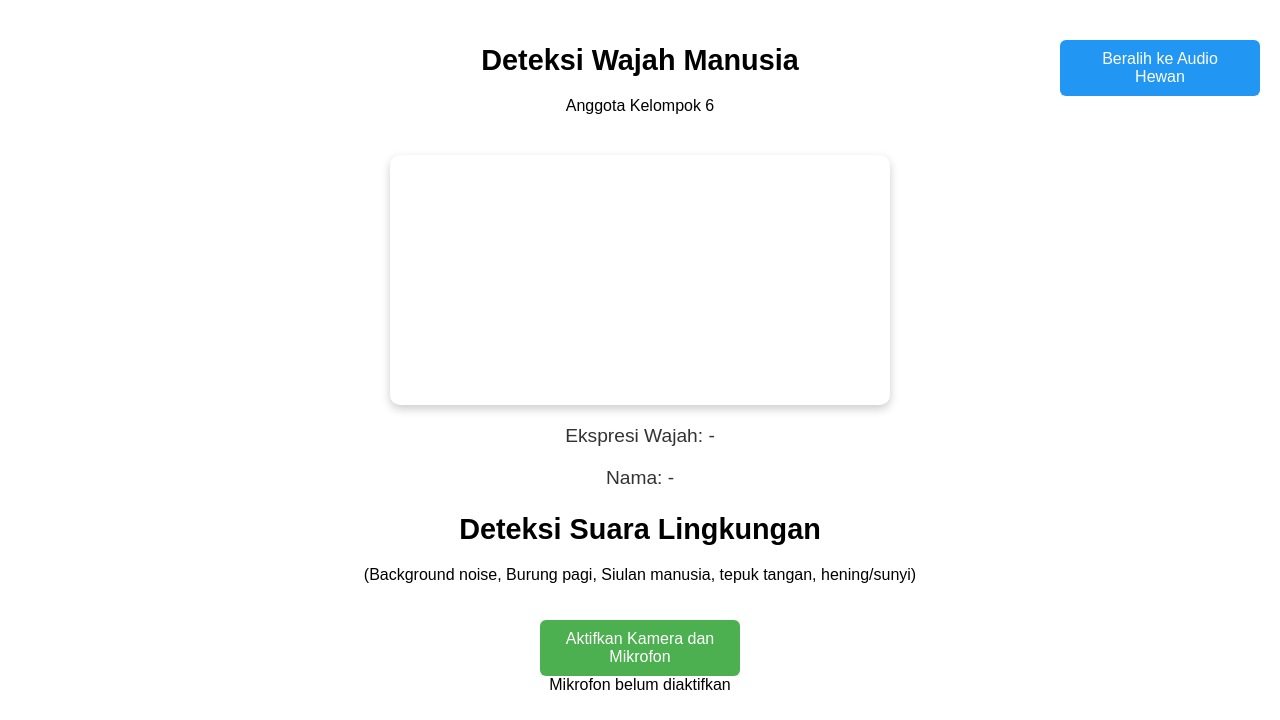
Repository: RalfyBawinto/working-teachable-machine
Page: index.html
The author's editor kept a copy of each file at every save. The page is drawn from the files as they stood at one save, then again after the next save.
The browser window is 1280 px wide. The pictures show the whole page.

Above is the page before, as saved 2025-04-22 21:32:06.

### index.html
<!DOCTYPE html>
<html lang="id">
  <head>
    <meta charset="UTF-8" />
    <meta name="viewport" content="width=device-width, initial-scale=1.0" />
    <title>Deteksi Wajah dan Suara</title>
    <link rel="stylesheet" href="styles.css" />
  </head>

  <body>
    <h2>Deteksi Wajah Manusia</h2>
    <p>Anggota Kelompok 6</p>

    <div id="video-container">
      <video id="video" autoplay muted playsinline></video>
      <canvas
        id="canvas"
        width="400"
        height="300"
        style="display: none"
      ></canvas>
      <div class="output" id="face-output">Ekspresi Wajah: -</div>
      <div class="output" id="name-output">Nama: -</div>
    </div>

    <h2>Deteksi Suara Lingkungan</h2>
    <p>
      (Background noise, Burung pagi, Siulan manusia, tepuk tangan,
      hening/sunyi)
    </p>

    <button id="toggle-button" onclick="toggleDeteksi()">
      Aktifkan Kamera dan Mikrofon
    </button>
    <div id="status">Mikrofon belum diaktifkan</div>
    <div id="label-container"></div>

    <button
      id="switch-button"
      onclick="window.location.href='audio-hewan.html'"
    >
      Beralih ke Audio Hewan
    </button>

    <!-- TensorFlow.js & Teachable Machine -->
    <script src="https://cdn.jsdelivr.net/npm/@tensorflow/tfjs@3.21.0/dist/tf.min.js"></script>
    <script src="https://cdn.jsdelivr.net/npm/@teachablemachine/image@0.8/dist/teachablemachine-image.min.js"></script>
    <script src="https://cdn.jsdelivr.net/npm/@tensorflow-models/speech-commands@0.4.0/dist/speech-commands.min.js"></script>

    <script type="text/javascript">
      const faceModelURL =
        "https://teachablemachine.withgoogle.com/models/oTtv--EQC/";
      const nameModelURL =
        "https://teachablemachine.withgoogle.com/models/1E0LcWWmy/";
      const URL = "https://teachablemachine.withgoogle.com/models/r1dg1ZGh5/";

      let faceModel, nameModel, recognizer;
      let video, canvas, ctx;

      let lastVoiceLabel = "";
      let lastVoiceScore = 0;
      let lastVoiceUpdateTime = 0;
      let isDeteksiAktif = false;
      let videoStreamTrack = null;
      let audioStreamTrack = null;

      async function createModel() {
        const checkpointURL = URL + "model.json";
        const metadataURL = URL + "metadata.json";
        recognizer = speechCommands.create(
          "BROWSER_FFT",
          undefined,
          checkpointURL,
          metadataURL
        );
        await recognizer.ensureModelLoaded();
      }

      async function startFaceDetection() {
        video = document.getElementById("video");
        canvas = document.getElementById("canvas");
        ctx = canvas.getContext("2d");

        try {
          faceModel = await tmImage.load(
            faceModelURL + "model.json",
            faceModelURL + "metadata.json"
          );
          nameModel = await tmImage.load(
            nameModelURL + "model.json",
            nameModelURL + "metadata.json"
          );

          const stream = await navigator.mediaDevices.getUserMedia({
            video: { facingMode: "user" },
            audio: false,
          });

          video.srcObject = stream;
          videoStreamTrack = stream.getVideoTracks()[0];

          video.onloadedmetadata = () => {
            video.play();
            loop(); // Mulai loop deteksi wajah
          };
        } catch (err) {
          console.error("Error:", err);
          alert("Gagal mengakses kamera.");
        }
      }

      async function loop() {
        ctx.drawImage(video, 0, 0, canvas.width, canvas.height);
        await predictFace();
        setTimeout(() => {
          requestAnimationFrame(loop);
        }, 800); // Delay 800ms antar prediksi
      }

      async function predictFace() {
        const prediction = await faceModel.predict(canvas);
        const highest1 = prediction.reduce(
          (max, p) => (p.probability > max.probability ? p : max),
          { probability: 0 }
        );
        document.getElementById("face-output").innerText = `Ekspresi Wajah: ${
          highest1.className
        } (${(highest1.probability * 100).toFixed(1)}%)`;

        const prediction3 = await nameModel.predict(canvas);
        const highest3 = prediction3.reduce(
          (max, p) => (p.probability > max.probability ? p : max),
          { probability: 0 }
        );

        const anggotaKelompok6 = [
          "Risky Imbat",
          "Felygio Tumiwa",
          "Jeremy Pongdatu",
          "Ralfy Bawinto",
          "Muhammad Luhung",
        ];
        const threshold = 0.8;

        if (
          highest3.probability >= threshold &&
          anggotaKelompok6.includes(highest3.className)
        ) {
          document.getElementById("name-output").innerText = `Nama: ${
            highest3.className
          } (${(highest3.probability * 100).toFixed(1)}%)`;
        } else {
          document.getElementById("name-output").innerText =
            "Nama: Bukan anggota kelompok 6";
        }
      }

      async function aktifkanDeteksi() {
        try {
          const stream = await navigator.mediaDevices.getUserMedia({
            audio: true,
            video: true,
          });

          audioStreamTrack = stream.getAudioTracks()[0];
          videoStreamTrack = stream.getVideoTracks()[0];
          isDeteksiAktif = true;

          document.getElementById("toggle-button").textContent =
            "Matikan Kamera dan Mikrofon";
          document.getElementById("status").textContent = "Mikrofon aktif 🎤";

          await createModel();
          const classLabels = recognizer.wordLabels();
          const labelContainer = document.getElementById("label-container");
          labelContainer.innerHTML = "";

          recognizer.listen(
            (result) => {
              const scores = result.scores;
              let maxScore = -1;
              let maxLabel = "";
              for (let i = 0; i < scores.length; i++) {
                if (scores[i] > maxScore) {
                  maxScore = scores[i];
                  maxLabel = classLabels[i];
                }
              }

              const now = Date.now();
              const scoreDiff = Math.abs(maxScore - lastVoiceScore);

              if (
                maxLabel !== lastVoiceLabel ||
                scoreDiff > 0.15 ||
                now - lastVoiceUpdateTime > 1500
              ) {
                lastVoiceLabel = maxLabel;
                lastVoiceScore = maxScore;
                lastVoiceUpdateTime = now;

                const percentage = (maxScore * 100).toFixed(2);
                labelContainer.innerHTML = `${maxLabel}: ${percentage}%`;
              }
            },
            {
              includeSpectrogram: true,
              probabilityThreshold: 0.75,
              invokeCallbackOnNoiseAndUnknown: true,
              overlapFactor: 0.5,
            }
          );

          startFaceDetection();
        } catch (err) {
          console.error("Gagal mengakses mikrofon/kamera:", err);
          document.getElementById("status").textContent =
            "Gagal mengakses mikrofon/kamera ❌";
        }
      }

      function matikanDeteksi() {
        if (audioStreamTrack) audioStreamTrack.stop();
        if (videoStreamTrack) videoStreamTrack.stop();
        if (recognizer) recognizer.stopListening();

        isDeteksiAktif = false;
        document.getElementById("toggle-button").textContent =
          "Aktifkan Kamera dan Mikrofon";
        document.getElementById("status").textContent = "Mikrofon dimatikan";
        document.getElementById("label-container").innerHTML = "";
      }

      async function toggleDeteksi() {
        if (isDeteksiAktif) {
          matikanDeteksi();
        } else {
          await aktifkanDeteksi();
        }
      }
    </script>
  </body>
</html>

### styles.css
/* ===== GLOBAL STYLES ===== */
body {
  font-family: Arial, sans-serif;
  text-align: center;
  padding: 20px;
  margin: 0;
}

h2 {
  font-size: 1.8rem;
  margin-bottom: 20px;
}

/* ===== DEFAULT BUTTON STYLE ===== */
button {
  margin-top: 20px;
  padding: 10px 20px;
  font-size: 16px;
  background-color: #4caf50;
  color: white;
  border: none;
  border-radius: 6px;
  cursor: pointer;
  width: 100%;
  max-width: 200px;
  transition: background-color 0.3s ease;
}

button:hover {
  background-color: #45a049;
}

/* ===== NAVIGATION BUTTONS (KEMBALI & LANJUT) ===== */
#back-button,
#next-button {
  position: absolute;
  top: 20px;
  padding: 20px;
  font-size: 16px;
  border: none;
  border-radius: 6px;
  color: white;
  background-color: #2196f3;
  cursor: pointer;
  transition: background-color 0.3s ease;
}

#back-button {
  left: 20px;
}

#next-button {
  right: 20px;
}

#back-button:hover,
#next-button:hover {
  background-color: #0b7dda;
}

/* ===== SWITCH BUTTON (TOP-RIGHT CORNER) ===== */
#switch-button {
  background-color: #2196f3;
  color: white;
  position: absolute;
  top: 20px;
  right: 20px;
  padding: 10px 20px;
  font-size: 16px;
  border: none;
  border-radius: 6px;
  cursor: pointer;
  transition: background-color 0.3s ease;
}

#switch-button:hover {
  background-color: #0b7dda;
}

/* ===== AUDIO-HEWAN STYLES ===== */
#audio-container {
  margin-top: 100px;
  display: flex;
  flex-direction: column;
  align-items: center;
}

#output {
  font-size: 1.5rem;
  margin-top: 30px;
  color: green;
}

#mic-status {
  margin-top: 10px;
  font-size: 1.2rem;
  color: blue;
  font-weight: bold;
}

/* ===== RESPONSIVENESS ===== */

/* Tablet (≤768px) */
@media (max-width: 768px) {
  h2 {
    font-size: 1.5rem;
  }

  #output {
    font-size: 1.3rem;
  }

  #mic-status {
    font-size: 1.1rem;
  }

  #back-button,
  #next-button,
  #switch-button {
    position: static;
    width: 100%;
    margin: 10px 0;
  }
}

/* Mobile (≤480px) */
@media (max-width: 480px) {
  h2 {
    font-size: 1.3rem;
  }

  button,
  #back-button,
  #next-button,
  #switch-button {
    font-size: 14px;
    padding: 10px 16px;
  }

  #output {
    font-size: 1.2rem;
  }

  #mic-status {
    font-size: 1rem;
  }
}

/* ===== VIDEO & CANVAS STYLES ===== */
#video {
  width: 100%;
  max-width: 500px;
  height: auto;
  border-radius: 10px;
  box-shadow: 0 4px 10px rgba(0, 0, 0, 0.2);
  margin: 0 auto;
}

#canvas {
  display: none;
}

.output {
  margin-top: 20px;
  font-size: 1.2rem;
  color: #333;
}

/* Container to center elements */
#video-container {
  margin-top: 40px;
  display: flex;
  flex-direction: column;
  align-items: center;
}

@media screen and (orientation: landscape) and (max-width: 768px) {
  #video {
    max-width: 100vw;
    height: auto;
  }
}

After the next save:
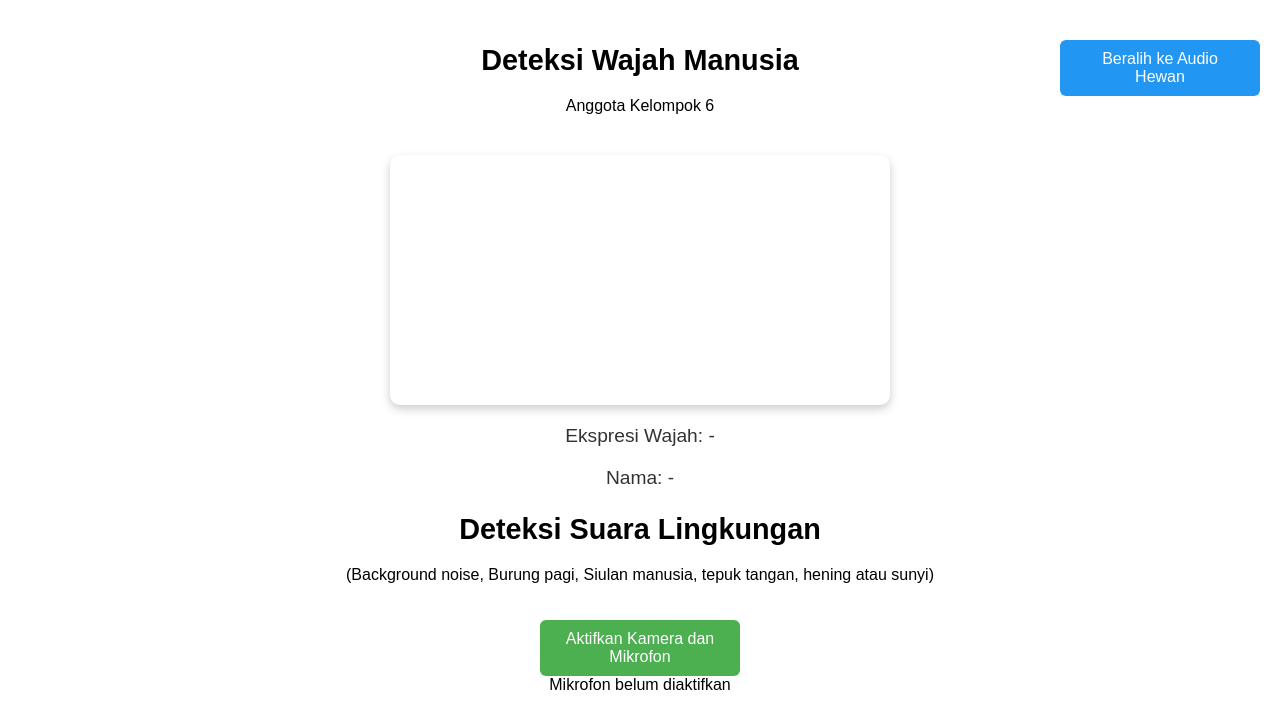
Saved 10 s later.
--- a/index.html
+++ b/index.html
@@ -25,8 +25,8 @@
 
     <h2>Deteksi Suara Lingkungan</h2>
     <p>
-      (Background noise, Burung pagi, Siulan manusia, tepuk tangan,
-      hening/sunyi)
+      (Background noise, Burung pagi, Siulan manusia, tepuk tangan, hening atau
+      sunyi)
     </p>
 
     <button id="toggle-button" onclick="toggleDeteksi()">
